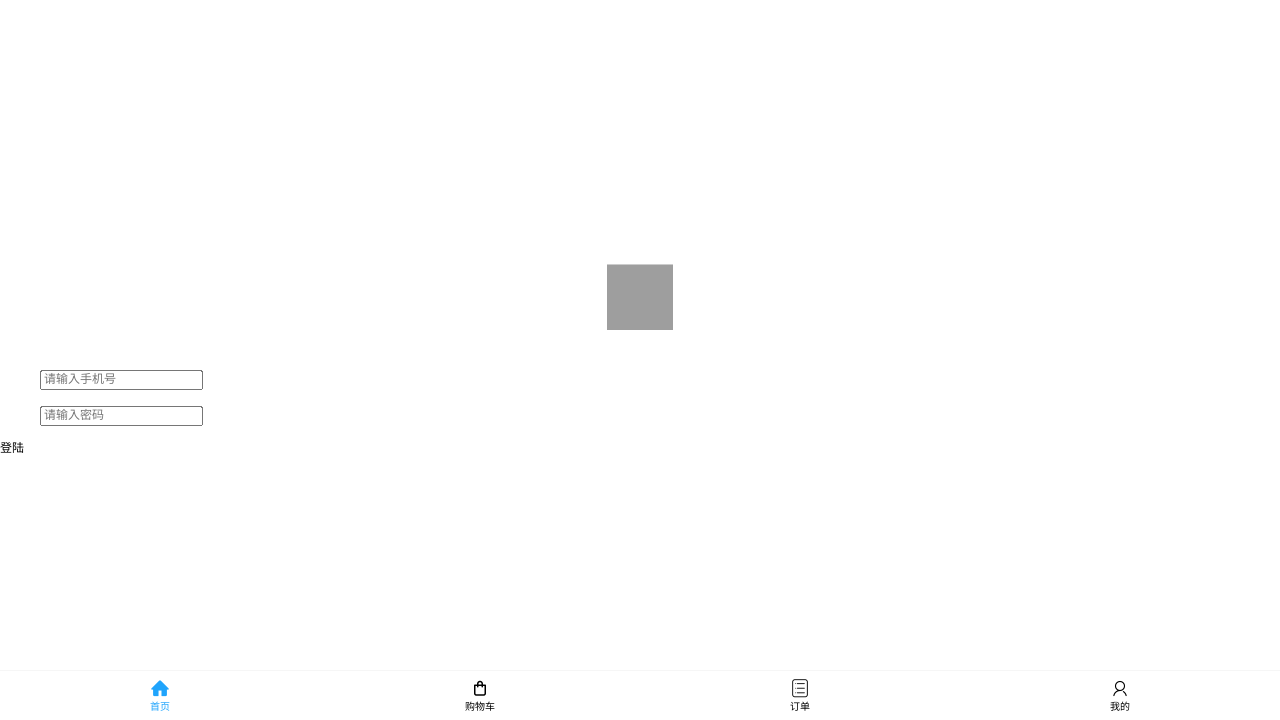
Repository: nestzero/mallapp
Page: /#/login
The author's editor kept a copy of each file at every save. The page is drawn from the files as they stood at one save, then again after the next save.
The browser window is 1280 px wide. The pictures show the whole page.
Pictures or frames that could not be fetched are drawn as grey boxes. The project was rebuilt for these pictures with package versions that can differ from the ones it lists, and the page was loaded fresh each time. Also part of the build but not shown: vue.config.js.

Above is the page before, as saved 2022-03-07 22:37:52.

After the next save:
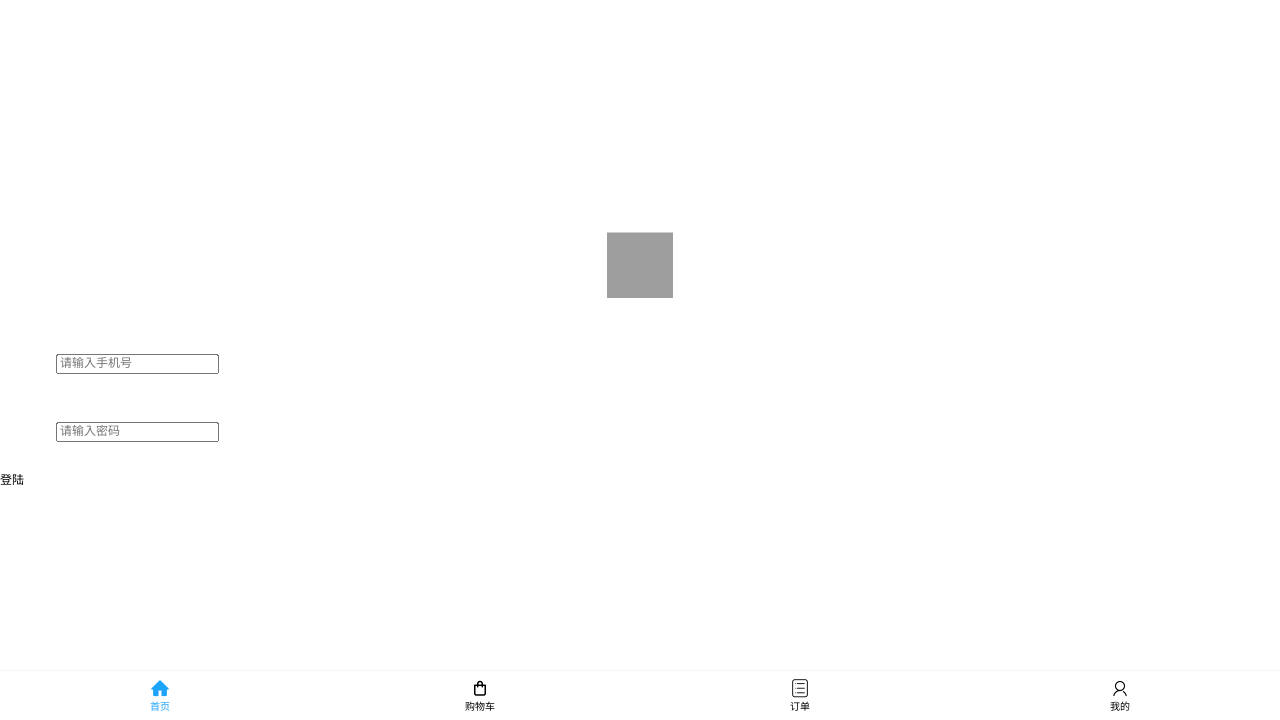
Saved 17 s later.
--- a/src/components/content/login/Login.vue
+++ b/src/components/content/login/Login.vue
@@ -40,6 +40,7 @@ export default {};
 
     margin: 0 .4rem .16rem .4rem;
 
+    padding: .16rem;
   }
 }
 </style>
